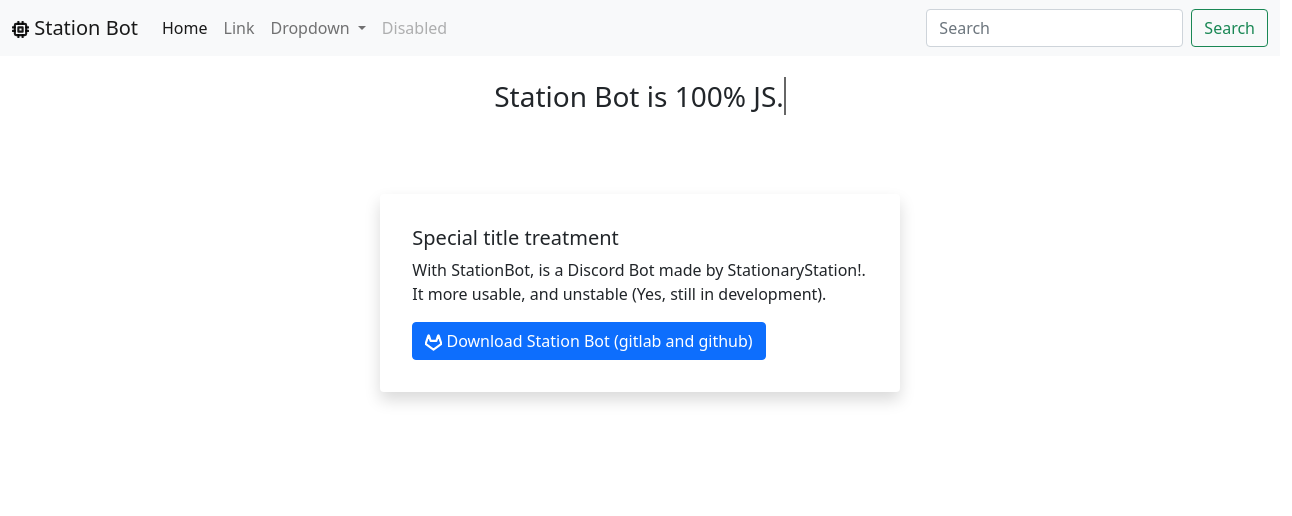
Repository: Valenplayer3000/StationBot-Web
Page: downloads.html
The author's editor kept a copy of each file at every save. The page is drawn from the files as they stood at one save, then again after the next save.
The browser window is 1280 px wide. The page is 1292 px wide, so the pictures cover 1292 px, including what lies to the right of the window. The pictures show the whole page.
Some web libraries are served in a nearby version.

Above is the page before, as saved 2021-11-02 09:08:59.

After the next save:
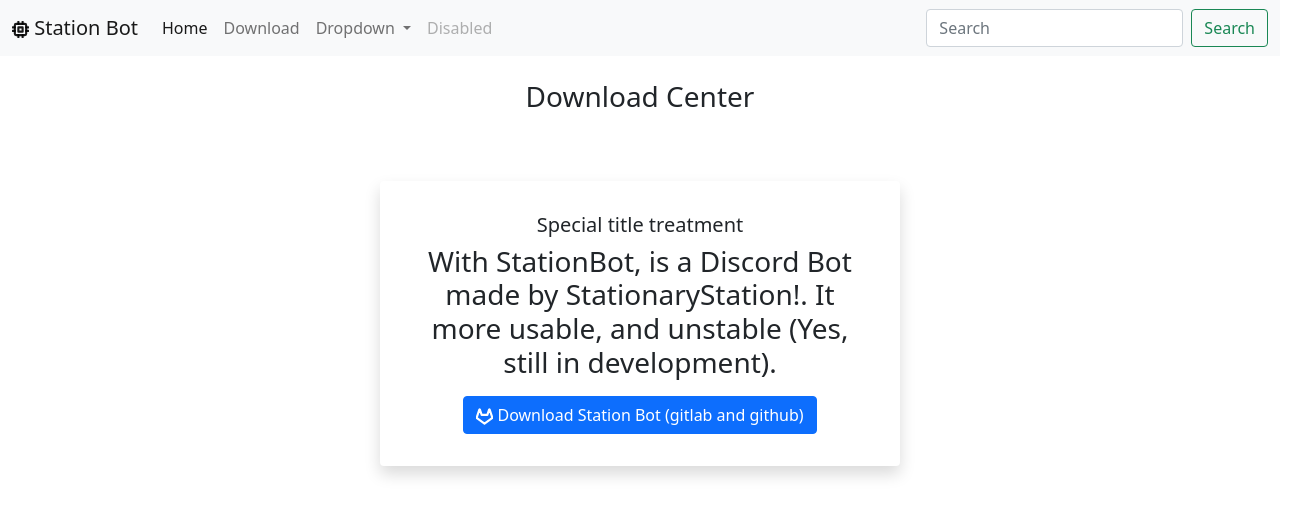
Saved 42 s later.
--- a/downloads.html
+++ b/downloads.html
@@ -26,10 +26,10 @@
       <div class="collapse navbar-collapse" id="navbarSupportedContent">
         <ul class="navbar-nav me-auto mb-2 mb-lg-0">
           <li class="nav-item">
-            <a class="nav-link active" aria-current="page" href="#">Home</a>
+            <a class="nav-link active" aria-current="page" href="index.html">Home</a>
           </li>
           <li class="nav-item">
-            <a class="nav-link" href="#">Link</a>
+            <a class="nav-link" href="#">Download</a>
           </li>
           <li class="nav-item dropdown">
             <a class="nav-link dropdown-toggle" href="#" id="navbarDropdown" role="button" data-bs-toggle="dropdown" aria-expanded="false">
@@ -54,9 +54,7 @@
     </div>
   </nav>
   <br>
-  <h3 class="header">Station Bot is
-    <span class="txt-rotate" data-period="2000"data-rotate='[ "easy to use.", "simple.", "100% JS.", "100% customizable."]'></span>
-  </h3>
+  <h3 class="header">Download Center
   <br>
   <br>
   <br>
